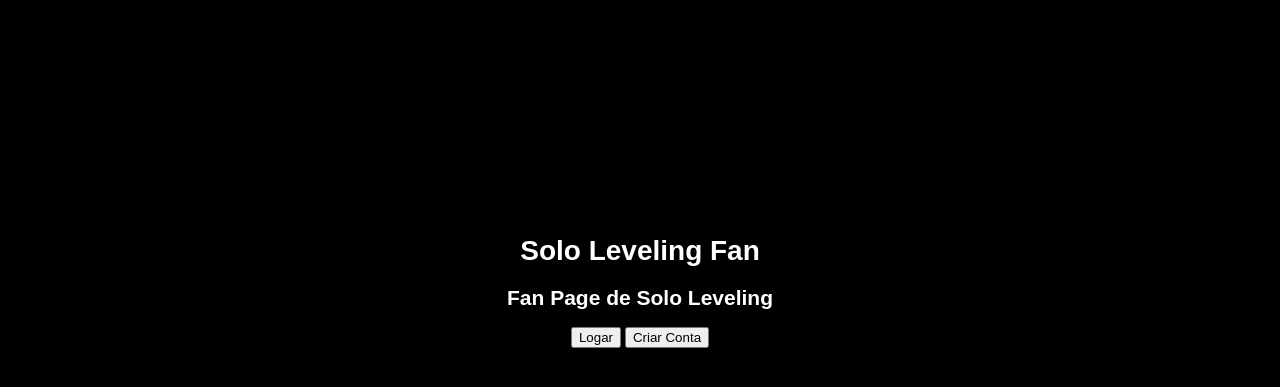
Repository: Zer0G0ld/ZRLoadingPage-SoloLeveling
Page: index.html
These files come from the project's save history. The page is drawn as it stood at one moment and after a run of saves; the edit follows.
The browser window is 1280 px wide. The pictures show the whole page.
Some web fonts or font styles are not loaded; a fallback is used.

Above is the page before, as saved 2024-02-05 22:40:18.

### index.html
<!DOCTYPE html>
<html lang="pt-BR">

<head>
    <meta charset="UTF-8">
    <meta name="viewport" content="width=device-width, initial-scale=1.0">

    <link rel="stylesheet" href="./src/css/style.css">

    <link rel="icon" href="./src/img/SoloIcon.png" type="image/png">

    <title>Solo Leveling Fans</title>
</head>

<body>
    <div class="home">
        <h1>Solo Leveling Fan</h1>
        <h2>Fan Page de Solo Leveling</h2>

        <button id="singInButton">Logar</button>
        <button id="singUpButton">Criar Conta</button>
    </div>
    <!--
    <img src="./src/img/Background.jpg" alt="Solo Leveling">
    -->

    <script src="./src/js/script.js"></script>
</body>

</html>

### src/css/style.css
@import url('https://fonts.googleapis.com/css2?family=Workbench&display=swap');

body {
    margin: 0;
    padding: 0;
    overflow: hidden;
    font-family: 'Workbench', sans-serif;
    font-size: 14px;
    background-color: #000000;
    color: #ffffff;
}

img {
    position: relative;
    height: 70vh;
    width: 150vh;
}

.home {
    position: absolute;
    left: 50%;
    transform: translateX(-50%);
    text-align: center;
    width: 100%;
}

.home {
    top: 30%;
}

### src/js/script.js
document.getElementById("singInButton").onclick = function () {
    window.location.href = "./Login/SingIn/index.html";
};

document.getElementById("singUpButton").onclick = function () {
    window.location.href = "./Login/SingUp/index.html";
};

After the next 6 saves:
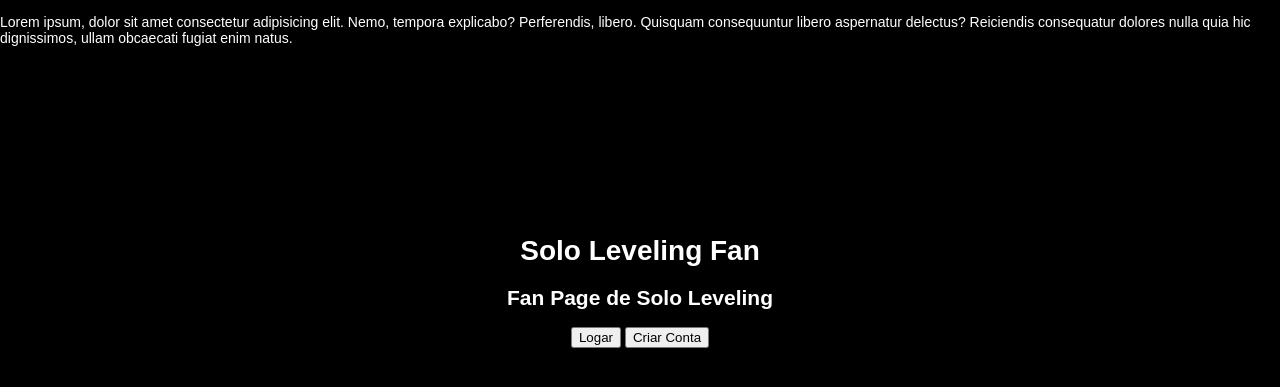
The 6 saves are shown as one change because they came seconds apart.
The last was saved 80 min 21 s later.
--- a/index.html
+++ b/index.html
@@ -24,6 +24,8 @@
     <img src="./src/img/Background.jpg" alt="Solo Leveling">
     -->
 
+
+    <p>Lorem ipsum, dolor sit amet consectetur adipisicing elit. Nemo, tempora explicabo? Perferendis, libero. Quisquam consequuntur libero aspernatur delectus? Reiciendis consequatur dolores nulla quia hic dignissimos, ullam obcaecati fugiat enim natus.</p>
     <script src="./src/js/script.js"></script>
 </body>
 

After the save that followed:
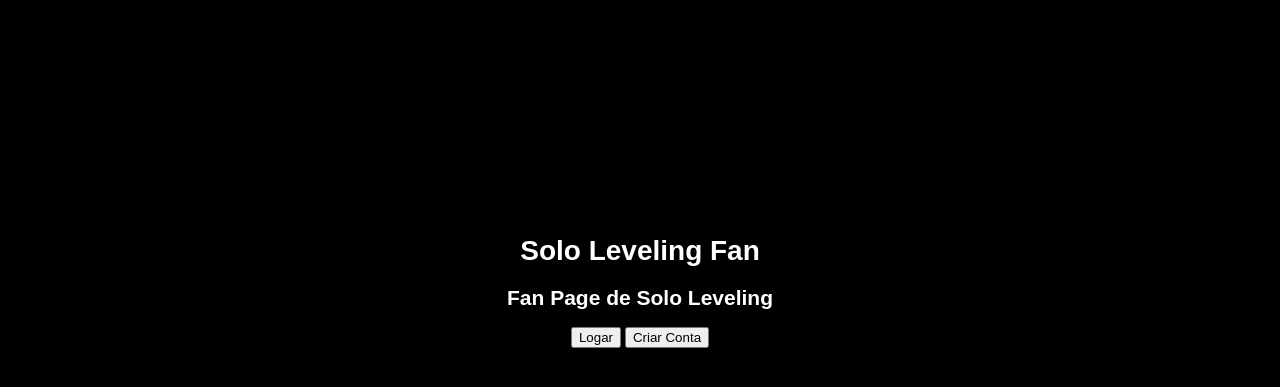
Saved 10 s later.
--- a/index.html
+++ b/index.html
@@ -25,7 +25,6 @@
     -->
 
 
-    <p>Lorem ipsum, dolor sit amet consectetur adipisicing elit. Nemo, tempora explicabo? Perferendis, libero. Quisquam consequuntur libero aspernatur delectus? Reiciendis consequatur dolores nulla quia hic dignissimos, ullam obcaecati fugiat enim natus.</p>
     <script src="./src/js/script.js"></script>
 </body>
 
